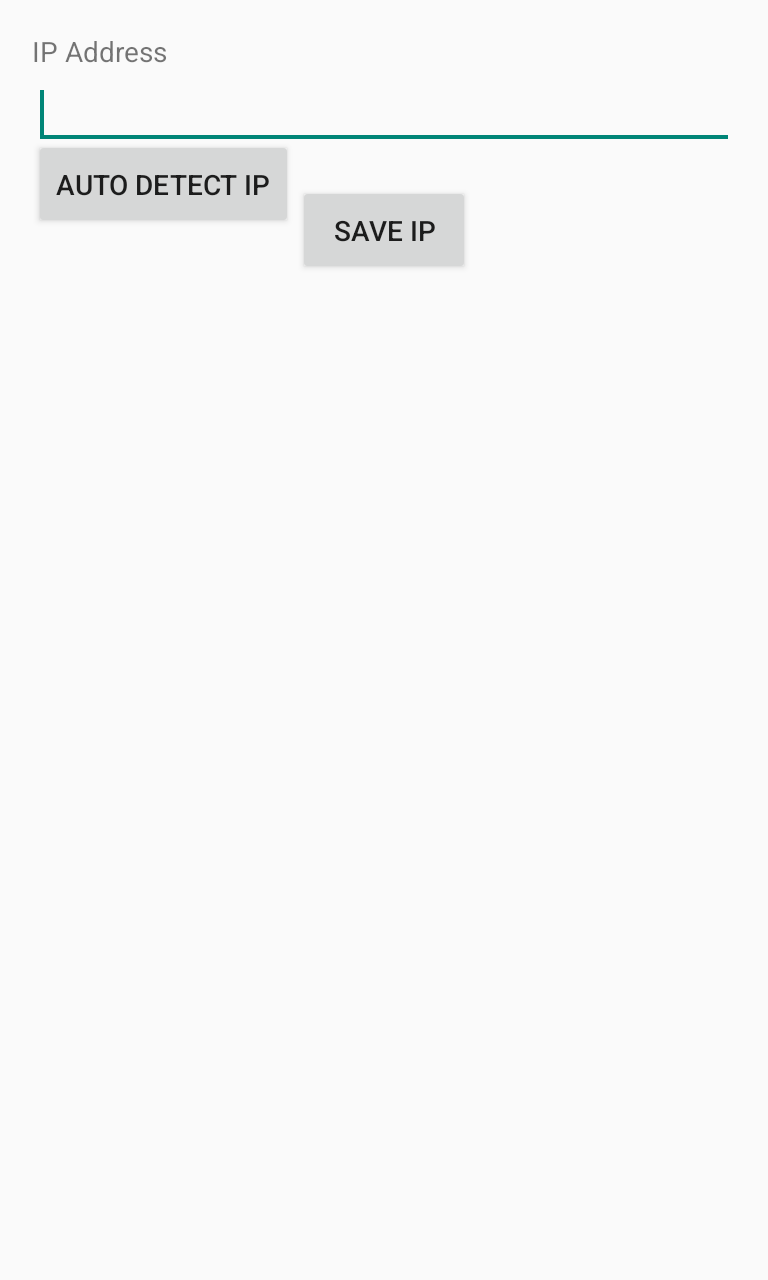
Repository: mariusz-pazur/android
Layout: HomeAtionClient/res/layout/fragment_settings.xml
These files come from the project's save history. The layout is drawn as it stood at one moment and after the next save; the edit follows.
It is drawn on a 768 x 1280 px phone screen (xhdpi) without system bars, with theme AppTheme; the app's code is not run.

Above is the layout before, as saved 2014-06-06 09:25:15.

After the next save:
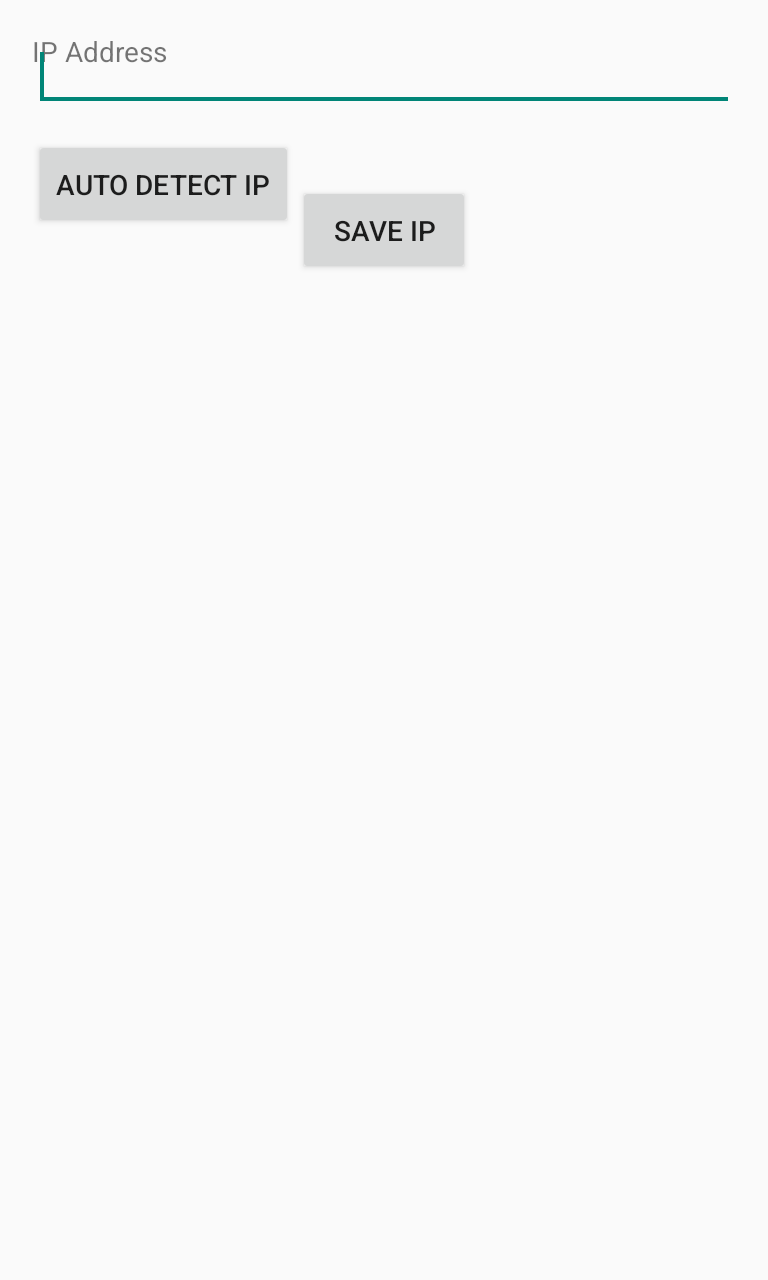
Saved 73 s later.
--- a/HomeAtionClient/res/layout/fragment_settings.xml
+++ b/HomeAtionClient/res/layout/fragment_settings.xml
@@ -9,13 +9,13 @@
     tools:context="pl.clawdivine.homeationclient.MainActivity$PlaceholderFragment" >
 
     <TextView
-        android:id="@+id/section_label"
+        android:id="@+id/label_ipaddress"
         android:layout_width="wrap_content"
         android:layout_height="wrap_content"
         android:text="@string/LabelIPAddress" />
 
     <EditText
-        android:id="@+id/editText1"
+        android:id="@+id/editText_ipaddress"
         android:layout_width="wrap_content"
         android:layout_height="wrap_content"
         android:layout_alignParentLeft="true"
@@ -28,19 +28,17 @@
     </EditText>
 
     <Button
-        android:id="@+id/button2"
+        android:id="@+id/button_savesettings"
         android:layout_width="wrap_content"
         android:layout_height="wrap_content"
-        android:layout_below="@+id/button_savesettings"
         android:layout_centerHorizontal="true"
         android:layout_marginTop="75dp"
         android:text="@string/button_savesettings" />
 
     <Button
-        android:id="@+id/button1"
+        android:id="@+id/button_autodetect1"
         android:layout_width="wrap_content"
         android:layout_height="wrap_content"
-        android:layout_below="@+id/button_autodetect"
         android:layout_marginTop="52dp"
         android:text="@string/button_autodetect" />
 
